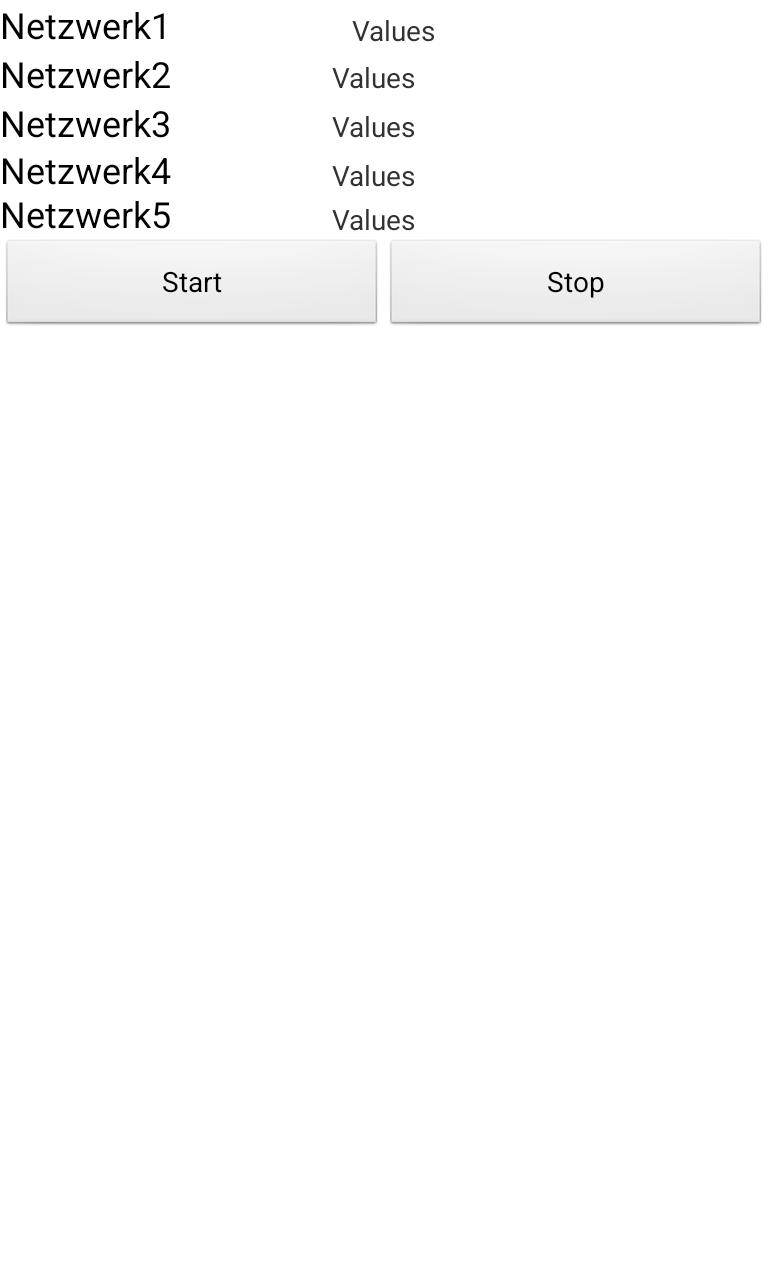
Repository: agejku/Embedded-Systems
Layout: Positionsensor/res/layout/main.xml
These files come from the project's save history. The layout is drawn as it stood at one moment and after the next save; the edit follows.
It is drawn on a 768 x 1280 px phone screen (xhdpi) without system bars, with theme AppTheme; the app's code is not run.

Above is the layout before, as saved 2014-04-23 15:51:38.

### Positionsensor/res/layout/main.xml
<?xml version="1.0" encoding="utf-8"?>
<RelativeLayout xmlns:android="http://schemas.android.com/apk/res/android"
    android:id="@+id/NetNumber1"
    android:layout_width="fill_parent"
    android:layout_height="fill_parent"
    android:orientation="vertical" >

    <TextView
        android:id="@+id/network2"
        android:layout_width="wrap_content"
        android:layout_height="wrap_content"
        android:layout_alignParentLeft="true"
        android:layout_below="@+id/network1"
        android:text="@string/network2"
        android:textAppearance="?android:attr/textAppearanceMedium" />

    <TextView
        android:id="@+id/rssiNet2"
        android:layout_width="wrap_content"
        android:layout_height="wrap_content"
        android:layout_alignBaseline="@+id/network2"
        android:layout_alignBottom="@+id/network2"
        android:layout_alignLeft="@+id/rssiNet1"
        android:text="@string/start_rssi" />

    <TextView
        android:id="@+id/network3"
        android:layout_width="wrap_content"
        android:layout_height="wrap_content"
        android:layout_alignParentLeft="true"
        android:layout_below="@+id/network2"
        android:text="@string/network3"
        android:textAppearance="?android:attr/textAppearanceMedium" />

    <TextView
        android:id="@+id/rssiNet3"
        android:layout_width="wrap_content"
        android:layout_height="wrap_content"
        android:layout_alignBaseline="@+id/network3"
        android:layout_alignBottom="@+id/network3"
        android:layout_alignLeft="@+id/rssiNet2"
        android:text="@string/start_rssi" />

    <TextView
        android:id="@+id/rssiNet1"
        android:layout_width="wrap_content"
        android:layout_height="wrap_content"
        android:layout_above="@+id/network2"
        android:layout_centerHorizontal="true"
        android:paddingLeft="10dp"
        android:text="@string/start_rssi" />

    <TextView
        android:id="@+id/network1"
        android:layout_width="wrap_content"
        android:layout_height="wrap_content"
        android:layout_alignParentLeft="true"
        android:layout_alignParentTop="true"
        android:text="@string/network1"
        android:textAppearance="?android:attr/textAppearanceMedium" />

    <TextView
        android:id="@+id/network4"
        android:layout_width="wrap_content"
        android:layout_height="wrap_content"
        android:layout_alignParentLeft="true"
        android:layout_below="@+id/rssiNet3"
        android:text="@string/network4"
        android:textAppearance="?android:attr/textAppearanceMedium" />

    <TextView
        android:id="@+id/netzwerk5"
        android:layout_width="wrap_content"
        android:layout_height="wrap_content"
        android:layout_alignParentLeft="true"
        android:layout_below="@+id/network3"
        android:layout_marginTop="21dp"
        android:text="@string/network5"
        android:textAppearance="?android:attr/textAppearanceMedium" />

    <TextView
        android:id="@+id/rssiNet4"
        android:layout_width="wrap_content"
        android:layout_height="wrap_content"
        android:layout_alignBottom="@+id/network4"
        android:layout_alignLeft="@+id/rssiNet3"
        android:layout_alignRight="@+id/rssiNet3"
        android:text="@string/start_rssi" />

    <TextView
        android:id="@+id/rssiNet5"
        android:layout_width="wrap_content"
        android:layout_height="wrap_content"
        android:layout_alignBottom="@+id/netzwerk5"
        android:layout_alignLeft="@+id/rssiNet4"
        android:text="@string/start_rssi" />

    <LinearLayout
        android:layout_width="wrap_content"
        android:layout_height="wrap_content"
        android:layout_alignParentLeft="true"
        android:layout_alignParentRight="true"
        android:layout_below="@+id/netzwerk5" >

        <Button
            android:id="@+id/btnStartService"
            android:layout_width="fill_parent"
            android:layout_height="wrap_content"
            android:layout_weight="0.32"
            android:onClick="startService"
            android:text="@string/start_service" />

        <Button
            android:id="@+id/btnStopService"
            android:layout_width="fill_parent"
            android:layout_height="wrap_content"
            android:layout_weight="0.32"
            android:onClick="stopService"
            android:text="@string/stop_service" />

    </LinearLayout>

</RelativeLayout>

### Positionsensor/res/values/strings.xml
<resources>

    <string name="app_name">Positionsensor</string>
    <string name="menu_settings">Settings</string>
    <string name="title_activity_main">Positionsensor</string>
    <string name="start_service">Start</string>
    <string name="stop_service">Stop</string>
    <string name="start_rssi">Values</string>
    <string name="network1">Netzwerk1</string>
    <string name="network2">Netzwerk2</string>
    <string name="network3">Netzwerk3</string>
    <string name="network4">Netzwerk4</string>
    <string name="network5">Netzwerk5</string>

</resources>

Loaded but not shown: Positionsensor/res/values/styles.xml (common file)

After the next save:
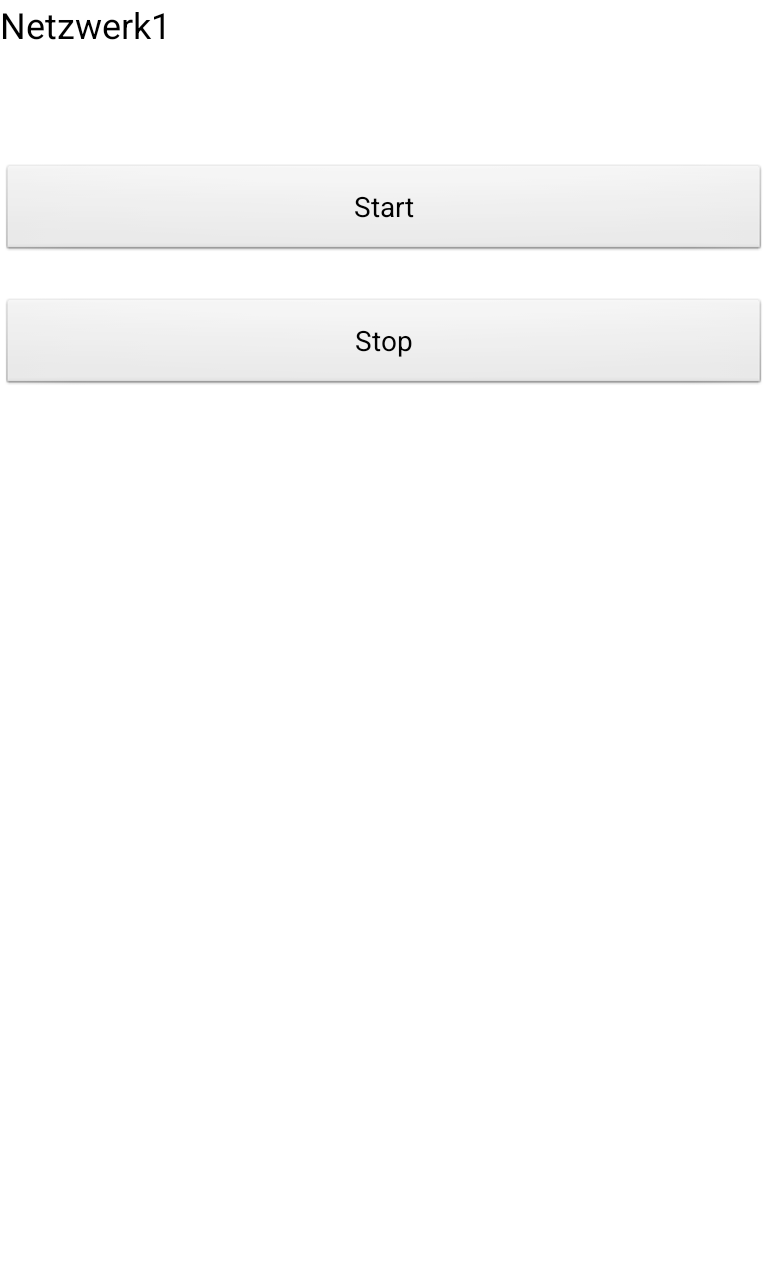
Saved 92 s later.
--- a/Positionsensor/res/layout/main.xml
+++ b/Positionsensor/res/layout/main.xml
@@ -4,51 +4,6 @@
     android:layout_width="fill_parent"
     android:layout_height="fill_parent"
     android:orientation="vertical" >
-
-    <TextView
-        android:id="@+id/network2"
-        android:layout_width="wrap_content"
-        android:layout_height="wrap_content"
-        android:layout_alignParentLeft="true"
-        android:layout_below="@+id/network1"
-        android:text="@string/network2"
-        android:textAppearance="?android:attr/textAppearanceMedium" />
-
-    <TextView
-        android:id="@+id/rssiNet2"
-        android:layout_width="wrap_content"
-        android:layout_height="wrap_content"
-        android:layout_alignBaseline="@+id/network2"
-        android:layout_alignBottom="@+id/network2"
-        android:layout_alignLeft="@+id/rssiNet1"
-        android:text="@string/start_rssi" />
-
-    <TextView
-        android:id="@+id/network3"
-        android:layout_width="wrap_content"
-        android:layout_height="wrap_content"
-        android:layout_alignParentLeft="true"
-        android:layout_below="@+id/network2"
-        android:text="@string/network3"
-        android:textAppearance="?android:attr/textAppearanceMedium" />
-
-    <TextView
-        android:id="@+id/rssiNet3"
-        android:layout_width="wrap_content"
-        android:layout_height="wrap_content"
-        android:layout_alignBaseline="@+id/network3"
-        android:layout_alignBottom="@+id/network3"
-        android:layout_alignLeft="@+id/rssiNet2"
-        android:text="@string/start_rssi" />
-
-    <TextView
-        android:id="@+id/rssiNet1"
-        android:layout_width="wrap_content"
-        android:layout_height="wrap_content"
-        android:layout_above="@+id/network2"
-        android:layout_centerHorizontal="true"
-        android:paddingLeft="10dp"
-        android:text="@string/start_rssi" />
 
     <TextView
         android:id="@+id/network1"
@@ -59,65 +14,34 @@
         android:text="@string/network1"
         android:textAppearance="?android:attr/textAppearanceMedium" />
 
-    <TextView
-        android:id="@+id/network4"
-        android:layout_width="wrap_content"
-        android:layout_height="wrap_content"
-        android:layout_alignParentLeft="true"
-        android:layout_below="@+id/rssiNet3"
-        android:text="@string/network4"
-        android:textAppearance="?android:attr/textAppearanceMedium" />
-
-    <TextView
-        android:id="@+id/netzwerk5"
-        android:layout_width="wrap_content"
-        android:layout_height="wrap_content"
-        android:layout_alignParentLeft="true"
-        android:layout_below="@+id/network3"
-        android:layout_marginTop="21dp"
-        android:text="@string/network5"
-        android:textAppearance="?android:attr/textAppearanceMedium" />
-
-    <TextView
-        android:id="@+id/rssiNet4"
-        android:layout_width="wrap_content"
-        android:layout_height="wrap_content"
-        android:layout_alignBottom="@+id/network4"
-        android:layout_alignLeft="@+id/rssiNet3"
-        android:layout_alignRight="@+id/rssiNet3"
-        android:text="@string/start_rssi" />
-
-    <TextView
-        android:id="@+id/rssiNet5"
-        android:layout_width="wrap_content"
-        android:layout_height="wrap_content"
-        android:layout_alignBottom="@+id/netzwerk5"
-        android:layout_alignLeft="@+id/rssiNet4"
-        android:text="@string/start_rssi" />
-
     <LinearLayout
+        android:id="@+id/linearLayout1"
         android:layout_width="wrap_content"
         android:layout_height="wrap_content"
         android:layout_alignParentLeft="true"
         android:layout_alignParentRight="true"
-        android:layout_below="@+id/netzwerk5" >
-
-        <Button
-            android:id="@+id/btnStartService"
-            android:layout_width="fill_parent"
-            android:layout_height="wrap_content"
-            android:layout_weight="0.32"
-            android:onClick="startService"
-            android:text="@string/start_service" />
-
-        <Button
-            android:id="@+id/btnStopService"
-            android:layout_width="fill_parent"
-            android:layout_height="wrap_content"
-            android:layout_weight="0.32"
-            android:onClick="stopService"
-            android:text="@string/stop_service" />
-
+        android:layout_below="@+id/network1" >
     </LinearLayout>
 
+    <Button
+        android:id="@+id/btnStartService"
+        android:layout_width="fill_parent"
+        android:layout_height="wrap_content"
+        android:layout_below="@+id/linearLayout1"
+        android:layout_marginTop="57dp"
+        android:layout_weight="0.32"
+        android:onClick="startService"
+        android:text="@string/start_service" />
+
+    <Button
+        android:id="@+id/btnStopService"
+        android:layout_width="fill_parent"
+        android:layout_height="wrap_content"
+        android:layout_alignParentLeft="true"
+        android:layout_below="@+id/btnStartService"
+        android:layout_marginTop="19dp"
+        android:layout_weight="0.32"
+        android:onClick="stopService"
+        android:text="@string/stop_service" />
+
 </RelativeLayout>
